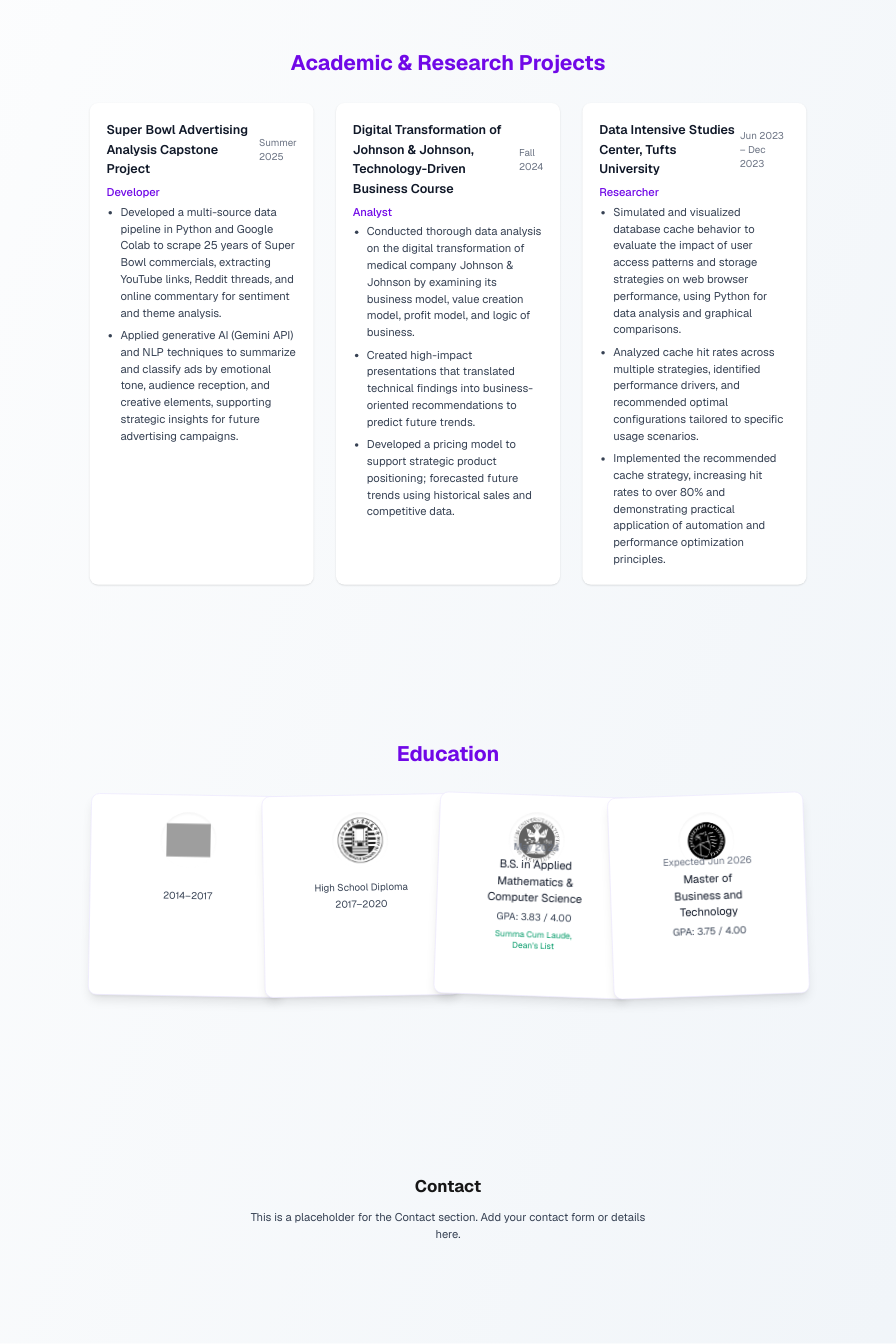
Repository: winniewyl/personal-portfolio
Page: /
An editor plug-in stored every save of this project. The page is shown before and after the next save, followed by the edit.
The browser window is 1280 px wide. The pictures show the part of the page from y = 1865 to 3785 px (the page is 3785 px tall), at 70% of full size.
Pictures or frames that could not be fetched are drawn as grey boxes. The project was rebuilt for these pictures with package versions that can differ from the ones it lists, and the page was loaded fresh each time. The framework's server and built-in components were replaced by stand-ins that run in the browser. Also part of the build but not shown: next.config.ts.

Above is the page before, as saved 2025-07-29 13:27:37.

### src/app/page.tsx
import Hero from '../components/Hero';
import About from '../components/About';
import Projects from '../components/Projects';
import Contact from '../components/Contact';

const experienceData = [
  {
    org: 'Data Intensive Studies Center, Tufts University',
    title: 'Data Analyst Intern & Co-Author',
    date: 'Jun 2023 – Dec 2023',
    highlights: [
      'Developed a custom Drupal-based content management site to present visualizations and insights from research on AI/ML ethics, integrating cross-functional feedback and automation techniques to enhance visibility.',
      'Co-led the development of an open-source AI Ethics tool using GitBook, contributing to interface design, stakeholder engagement, and survey analysis in the context of autonomous vehicle applications.',
      'Co-authored The Third Moment of AI Ethics, published on arXiv: https://arxiv.org/abs/2501.16954.',
    ],
  },
];

const projectData = [
  {
    title: 'Super Bowl Advertising Analysis Capstone Project',
    role: 'Developer',
    date: 'Summer 2025',
    highlights: [
      'Developed a multi-source data pipeline in Python and Google Colab to scrape 25 years of Super Bowl commercials, extracting YouTube links, Reddit threads, and online commentary for sentiment and theme analysis.',
      'Applied generative AI (Gemini API) and NLP techniques to summarize and classify ads by emotional tone, audience reception, and creative elements, supporting strategic insights for future advertising campaigns.',
    ],
  },
  {
    title:
      'Digital Transformation of Johnson & Johnson, Technology-Driven Business Course',
    role: 'Analyst',
    date: 'Fall 2024',
    highlights: [
      'Conducted thorough data analysis on the digital transformation of medical company Johnson & Johnson by examining its business model, value creation model, profit model, and logic of business.',
      'Created high-impact presentations that translated technical findings into business-oriented recommendations to predict future trends.',
      'Developed a pricing model to support strategic product positioning; forecasted future trends using historical sales and competitive data.',
    ],
  },
  {
    title: 'Data Intensive Studies Center, Tufts University',
    role: 'Researcher',
    date: 'Jun 2023 – Dec 2023',
    highlights: [
      'Simulated and visualized database cache behavior to evaluate the impact of user access patterns and storage strategies on web browser performance, using Python for data analysis and graphical comparisons.',
      'Analyzed cache hit rates across multiple strategies, identified performance drivers, and recommended optimal configurations tailored to specific usage scenarios.',
      'Implemented the recommended cache strategy, increasing hit rates to over 80% and demonstrating practical application of automation and performance optimization principles.',
    ],
  },
];

export default function Home() {
  return (
    <div className="font-sans min-h-screen flex flex-col bg-gradient-to-br from-white via-slate-50 to-slate-100 dark:from-[#18181c] dark:via-[#1a1a22] dark:to-[#101014]">
      {/* Navbar */}
      <nav className="w-full flex items-center justify-between py-6 px-8 border-b border-gray-100 dark:border-gray-800 bg-white/80 dark:bg-[#101010]/80 backdrop-blur z-10 sticky top-0">
        <div className="text-2xl font-extrabold text-violet-600 tracking-tight">
          WW
        </div>
        <ul className="flex gap-8 text-base font-medium text-gray-900 dark:text-white">
          <li>
            <a
              href="#about"
              className="hover:text-violet-600 transition-colors"
            >
              About
            </a>
          </li>
          <li>
            <a
              href="#experience"
              className="hover:text-violet-600 transition-colors"
            >
              Experience
            </a>
          </li>
          <li>
            <a
              href="#projects"
              className="hover:text-violet-600 transition-colors"
            >
              Projects
            </a>
          </li>
          <li>
            <a
              href="#education"
              className="hover:text-violet-600 transition-colors"
            >
              Education
            </a>
          </li>
          <li>
            <a
              href="#contact"
              className="hover:text-violet-600 transition-colors"
            >
              Contact
            </a>
          </li>
        </ul>
      </nav>
      {/* Main Content */}
      <main className="flex-1 w-full flex flex-col items-center px-4 sm:px-0">
        <section className="w-full flex flex-col items-center justify-center py-20 sm:py-28 bg-transparent">
          <Hero name="Winnie Wang" role="AI Product Analyst" />
        </section>
        <section
          id="about"
          className="w-full flex flex-col items-center py-20 sm:py-28 max-w-5xl mx-auto scroll-mt-24"
        >
          <About />
        </section>
        {/* Experience Section */}
        <section
          id="experience"
          className="w-full flex flex-col items-center py-20 sm:py-28 max-w-5xl mx-auto scroll-mt-24"
        >
          <h2 className="text-3xl font-bold mb-10 text-violet-700 dark:text-violet-400">
            Internship & Professional Experience
          </h2>
          <ol className="relative border-l-2 border-violet-200 dark:border-violet-700">
            {experienceData.map((exp, idx) => (
              <li key={exp.title} className="mb-12 ml-6">
                <span className="absolute flex items-center justify-center w-8 h-8 bg-violet-100 rounded-full -left-4 ring-4 ring-white dark:ring-[#18181c]">
                  <svg
                    className="w-5 h-5 text-violet-600"
                    fill="currentColor"
                    viewBox="0 0 20 20"
                  >
                    <path d="M10 2a8 8 0 100 16 8 8 0 000-16zm1 11H9v-2h2v2zm0-4H9V7h2v2z" />
                  </svg>
                </span>
                <div className="bg-white dark:bg-[#232336] rounded-xl shadow p-6">
                  <div className="flex flex-col sm:flex-row sm:items-center sm:justify-between mb-2">
                    <span className="font-semibold text-lg text-gray-900 dark:text-white">
                      {exp.title}
                    </span>
                    <span className="text-sm text-gray-500 dark:text-gray-400">
                      {exp.date}
                    </span>
                  </div>
                  <div className="text-md font-medium text-violet-700 dark:text-violet-300 mb-1">
                    {exp.org}
                  </div>
                  <ul className="list-disc pl-5 space-y-2 text-gray-700 dark:text-gray-300">
                    {exp.highlights.map((h, i) => (
                      <li key={i}>{h}</li>
                    ))}
                  </ul>
                </div>
              </li>
            ))}
          </ol>
        </section>
        {/* Projects Section */}
        <section
          id="projects"
          className="w-full flex flex-col items-center py-20 sm:py-28 max-w-5xl mx-auto scroll-mt-24"
        >
          <h2 className="text-3xl font-bold mb-10 text-violet-700 dark:text-violet-400">
            Academic & Research Projects
          </h2>
          <div className="grid grid-cols-1 md:grid-cols-3 gap-8 w-full">
            {projectData.map((proj, idx) => (
              <div
                key={proj.title}
                className="bg-white dark:bg-[#232336] rounded-xl shadow p-6 flex flex-col"
              >
                <div className="flex flex-col sm:flex-row sm:items-center sm:justify-between mb-2">
                  <span className="font-semibold text-lg text-gray-900 dark:text-white">
                    {proj.title}
                  </span>
                  <span className="text-sm text-gray-500 dark:text-gray-400">
                    {proj.date}
                  </span>
                </div>
                <div className="text-md font-medium text-violet-700 dark:text-violet-300 mb-1">
                  {proj.role}
                </div>
                <ul className="list-disc pl-5 space-y-2 text-gray-700 dark:text-gray-300">
                  {proj.highlights.map((h, i) => (
                    <li key={i}>{h}</li>
                  ))}
                </ul>
              </div>
            ))}
          </div>
        </section>
        <section
          id="education"
          className="w-full flex flex-col items-center py-20 sm:py-28 max-w-5xl mx-auto scroll-mt-24"
        >
          <h2 className="text-3xl font-bold mb-10 text-violet-700 dark:text-violet-400">
            Education
          </h2>
          <div className="relative w-full flex flex-col md:flex-row items-center justify-center">
            {/* Timeline SVG Connector */}
            <svg
              className="hidden md:block absolute left-0 right-0 top-1/2 -translate-y-1/2 z-0"
              height="120"
              width="100%"
              viewBox="0 0 1000 120"
              fill="none"
              preserveAspectRatio="none"
            >
              <path
                d="M 80 60 Q 180 10, 280 60 T 480 60 T 680 60 T 880 60"
                stroke="#a78bfa"
                strokeWidth="4"
                fill="none"
              />
              <circle cx="80" cy="60" r="8" fill="#a78bfa" />
              <circle cx="280" cy="60" r="8" fill="#a78bfa" />
              <circle cx="480" cy="60" r="8" fill="#a78bfa" />
              <circle cx="680" cy="60" r="8" fill="#a78bfa" />
            </svg>
            {/* Education Cards */}
            <div className="flex flex-col md:flex-row items-center justify-center w-full gap-0 z-10">
              {/* Middle School */}
              <div className="flex flex-col items-center flex-1 w-72 h-72 bg-white dark:bg-[#232336] rounded-xl shadow-lg p-6 border border-violet-100 dark:border-violet-700 text-center relative -mr-8 transform rotate-1 hover:rotate-0 transition-transform duration-300">
                <div className="w-20 h-20 flex items-center justify-center rounded-full bg-white/30 backdrop-blur-md shadow-inner">
                  <img
                    src="/yu-hua-logo.png"
                    alt="江西育华学校 logo"
                    className="w-16 h-16 object-contain filter grayscale"
                    style={{ mixBlendMode: 'multiply' }}
                  />
                </div>
                <div className="absolute top-1/2 left-1/2 transform -translate-x-1/2 -translate-y-1/2 flex flex-col items-center space-y-1">
                  <span className="text-sm text-gray-700 dark:text-gray-300">
                    2014–2017
                  </span>
                </div>
              </div>
              {/* High School */}
              <div className="flex flex-col items-center flex-1 w-72 h-72 bg-white dark:bg-[#232336] rounded-xl shadow-lg p-6 border border-violet-100 dark:border-violet-700 text-center relative -mr-8 transform -rotate-1 hover:rotate-0 transition-transform duration-300">
                <div className="w-20 h-20 flex items-center justify-center rounded-full bg-white/30 backdrop-blur-md shadow-inner">
                  <img
                    src="/JXSDFZ-logo.png"
                    alt="江西师大附中国际部 logo"
                    className="w-16 h-16 object-contain filter grayscale"
                    style={{ mixBlendMode: 'multiply' }}
                  />
                </div>
                <div className="absolute top-1/2 left-1/2 transform -translate-x-1/2 -translate-y-1/2 flex flex-col items-center space-y-1">
                  <span className="text-sm text-gray-700 dark:text-gray-300">
                    High School Diploma
                  </span>
                  <span className="text-sm text-gray-700 dark:text-gray-300">
                    2017–2020
                  </span>
                </div>
              </div>
              {/* Tufts University */}
              <div className="flex flex-col items-center flex-1 w-72 h-72 bg-white dark:bg-[#232336] rounded-xl shadow-lg p-6 border border-violet-100 dark:border-violet-700 text-center relative -mr-8 transform rotate-2 hover:rotate-0 transition-transform duration-300">
                <div className="w-20 h-20 flex items-center justify-center rounded-full bg-white/30 backdrop-blur-md shadow-inner">
                  <img
                    src="/tufts-logo.png"
                    alt="Tufts University logo"
                    className="w-16 h-16 object-contain filter grayscale"
                    style={{ mixBlendMode: 'multiply' }}
                  />
                </div>
                <div className="absolute top-1/2 left-1/2 transform -translate-x-1/2 -translate-y-1/2 flex flex-col items-center space-y-1">
                  <span className="text-sm text-gray-500 dark:text-gray-400">
                    May 2024
                  </span>
                  <span className="text-gray-900 dark:text-white">
                    B.S. in Applied Mathematics & Computer Science
                  </span>
                  <span className="text-sm text-gray-700 dark:text-gray-300">
                    GPA: 3.83 / 4.00
                  </span>
                  <span className="text-xs text-emerald-600 mt-1">
                    Summa Cum Laude, Dean's List
                  </span>
                </div>
              </div>
              {/* Purdue University */}
              <div className="flex flex-col items-center flex-1 w-72 h-72 bg-white dark:bg-[#232336] rounded-xl shadow-lg p-6 border border-violet-100 dark:border-violet-700 text-center relative transform -rotate-2 hover:rotate-0 transition-transform duration-300">
                <div className="w-20 h-20 flex items-center justify-center rounded-full bg-white/30 backdrop-blur-md shadow-inner">
                  <img
                    src="/purdue-logo.png"
                    alt="Purdue University logo"
                    className="w-16 h-16 object-contain filter grayscale"
                    style={{ mixBlendMode: 'multiply' }}
                  />
                </div>
                <div className="absolute top-1/2 left-1/2 transform -translate-x-1/2 -translate-y-1/2 flex flex-col items-center space-y-1">
                  <span className="text-sm text-gray-500 dark:text-gray-400">
                    Expected Jun 2026
                  </span>
                  <span className="text-gray-900 dark:text-white">
                    Master of Business and Technology
                  </span>
                  <span className="text-sm text-gray-700 dark:text-gray-300">
                    GPA: 3.75 / 4.00
                  </span>
                </div>
              </div>
            </div>
          </div>
        </section>
        <section
          id="contact"
          className="w-full flex flex-col items-center py-20 sm:py-28 max-w-5xl mx-auto scroll-mt-24"
        >
          <Contact />
        </section>
      </main>
    </div>
  );
}

### src/components/Hero.tsx
import React from 'react';

interface HeroProps {
  name: string;
  role: string;
}

const Hero: React.FC<HeroProps> = ({ name, role }) => (
  <section className="flex flex-col items-center justify-center gap-4 py-8 w-full">
    <h1 className="text-4xl sm:text-5xl font-bold text-center">{name}</h1>
    <h2 className="text-xl sm:text-2xl font-medium text-center text-gray-600 dark:text-gray-300">
      {role}
    </h2>
  </section>
);

export default Hero;

### src/components/About.tsx
import React from 'react';

const aboutData = [
  {
    icon: (
      <span className="bg-blue-100 text-blue-600 rounded-xl p-2 mr-2">
        {/* AI Icon */}
        <svg width="32" height="32" fill="none" viewBox="0 0 24 24">
          <path
            fill="currentColor"
            d="M12 2a10 10 0 100 20 10 10 0 000-20zm1 17.93V20a1 1 0 11-2 0v-.07A8.001 8.001 0 014.07 13H4a1 1 0 110-2h.07A8.001 8.001 0 0111 4.07V4a1 1 0 112 0v.07A8.001 8.001 0 0119.93 11H20a1 1 0 110 2h-.07A8.001 8.001 0 0113 19.93z"
          ></path>
        </svg>
      </span>
    ),
    title: 'AI & Machine Learning',
    skills: [
      {
        name: 'Neural Networks',
        desc: 'Deep learning architectures and training',
      },
      {
        name: 'Computer Vision',
        desc: 'Image processing and object detection',
      },
      { name: 'TensorFlow/PyTorch', desc: 'ML framework expertise' },
      { name: 'Model Optimization', desc: 'Performance tuning and deployment' },
    ],
    color: 'blue',
  },
  {
    icon: (
      <span className="bg-fuchsia-100 text-fuchsia-600 rounded-xl p-2 mr-2">
        {/* Full-Stack Icon */}
        <svg width="32" height="32" fill="none" viewBox="0 0 24 24">
          <path
            fill="currentColor"
            d="M12 2a10 10 0 100 20 10 10 0 000-20zm-1 17.93V20a1 1 0 102 0v-.07A8.001 8.001 0 0020 13h.07a1 1 0 100-2H20a8.001 8.001 0 00-7-7.93V4a1 1 0 10-2 0v.07A8.001 8.001 0 004 11H3.93a1 1 0 100 2H4a8.001 8.001 0 007 7.93z"
          ></path>
        </svg>
      </span>
    ),
    title: 'Full-Stack Development',
    skills: [
      { name: 'React.js/Next.js', desc: 'Modern frontend frameworks' },
      { name: 'Python/Flask', desc: 'Backend development and APIs' },
      { name: 'Database Design', desc: 'SQL and data architecture' },
      { name: 'Cloud Deployment', desc: 'Scalable application hosting' },
    ],
    color: 'fuchsia',
  },
  {
    icon: (
      <span className="bg-green-100 text-green-600 rounded-xl p-2 mr-2">
        {/* Data Science Icon */}
        <svg width="32" height="32" fill="none" viewBox="0 0 24 24">
          <circle cx="12" cy="12" r="10" fill="currentColor" opacity=".2" />
          <circle cx="12" cy="12" r="6" fill="currentColor" />
        </svg>
      </span>
    ),
    title: 'Data Science',
    skills: [
      { name: 'Data Analysis', desc: 'Statistical analysis and insights' },
      { name: 'Visualization', desc: 'Interactive charts and dashboards' },
      {
        name: 'Algorithm Design',
        desc: 'Efficient problem-solving approaches',
      },
      { name: 'Research Methods', desc: 'Scientific approach to development' },
    ],
    color: 'green',
  },
];

const About: React.FC = () => (
  <section className="w-full flex flex-col items-center">
    <h2 className="text-4xl font-extrabold text-center mb-4 mt-4 text-gray-900 dark:text-white">
      <span className="inline-block align-middle mr-2 text-blue-500">•</span>
      About Me
    </h2>
    <p className="text-lg text-center text-gray-700 dark:text-gray-300 max-w-2xl mb-12">
      Passionate about the intersection of artificial intelligence and product
      strategy. I build intelligent solutions that drive business value and user
      engagement.
    </p>
    <div className="w-full max-w-6xl flex flex-col md:flex-row gap-8 justify-center items-stretch">
      {aboutData.map((card, idx) => (
        <div
          key={card.title}
          className="flex-1 bg-white dark:bg-[#18181c] rounded-2xl shadow-md p-8 flex flex-col mb-4 md:mb-0 border border-gray-100 dark:border-gray-800 min-w-[260px] max-w-sm mx-auto"
        >
          <div className="flex items-center mb-4">
            {card.icon}
            <span className={`text-lg font-bold text-gray-900 dark:text-white`}>
              {card.title}
            </span>
          </div>
          <ul className="space-y-3">
            {card.skills.map((skill) => (
              <li key={skill.name} className="flex flex-col">
                <span
                  className={`font-semibold text-${card.color}-700 dark:text-${card.color}-400`}
                >
                  {skill.name}
                </span>
                <span className="text-gray-600 dark:text-gray-400 text-sm">
                  {skill.desc}
                </span>
              </li>
            ))}
          </ul>
        </div>
      ))}
    </div>
  </section>
);

export default About;

### src/components/Contact.tsx
import React from 'react';

const Contact: React.FC = () => (
  <section className="py-8 w-full flex flex-col items-center">
    <h2 className="text-2xl font-bold mb-4">Contact</h2>
    <p className="max-w-xl text-center text-gray-700 dark:text-gray-300">
      This is a placeholder for the Contact section. Add your contact form or
      details here.
    </p>
  </section>
);

export default Contact;

Loaded but not shown: src/app/layout.tsx (common file); src/app/globals.css (common file)

After the next save:
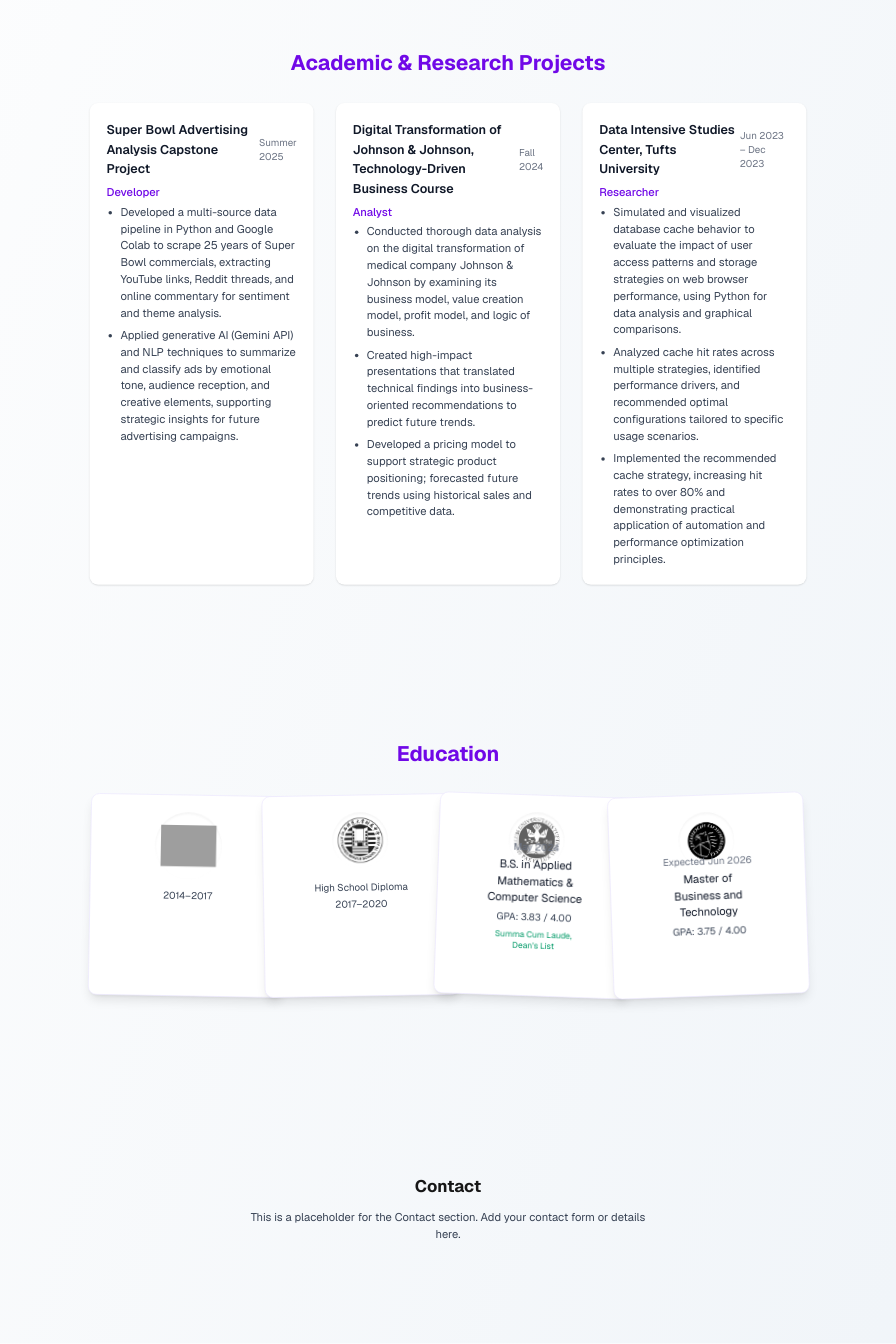
Saved 88 s later.
--- a/src/app/page.tsx
+++ b/src/app/page.tsx
@@ -219,11 +219,11 @@ export default function Home() {
             <div className="flex flex-col md:flex-row items-center justify-center w-full gap-0 z-10">
               {/* Middle School */}
               <div className="flex flex-col items-center flex-1 w-72 h-72 bg-white dark:bg-[#232336] rounded-xl shadow-lg p-6 border border-violet-100 dark:border-violet-700 text-center relative -mr-8 transform rotate-1 hover:rotate-0 transition-transform duration-300">
-                <div className="w-20 h-20 flex items-center justify-center rounded-full bg-white/30 backdrop-blur-md shadow-inner">
+                <div className="w-24 h-24 flex items-center justify-center rounded-full bg-white/30 backdrop-blur-md shadow-inner">
                   <img
                     src="/yu-hua-logo.png"
                     alt="江西育华学校 logo"
-                    className="w-16 h-16 object-contain filter grayscale"
+                    className="w-20 h-20 object-contain filter grayscale"
                     style={{ mixBlendMode: 'multiply' }}
                   />
                 </div>
